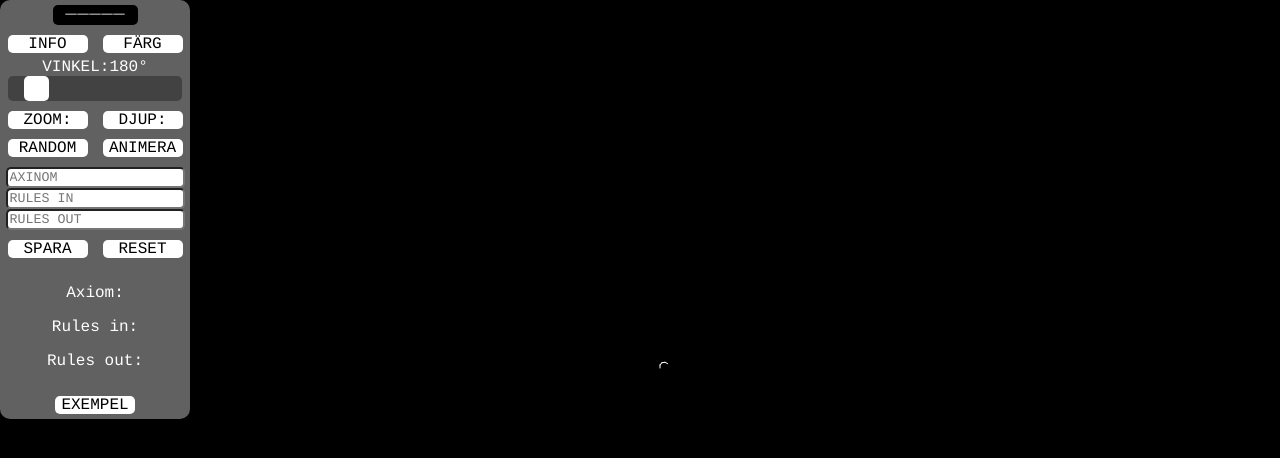
Repository: Gabrielw123/Fraktalgenerator
Page: fraktaler/test/index.html
An editor plug-in stored every save of this project. The page is shown before and after the next save, followed by the edit.
The browser window is 1280 px wide. The pictures show the whole page.
Some web libraries are served in a nearby version.

Above is the page before, as saved 2022-01-13 09:50:04.

After the next save:
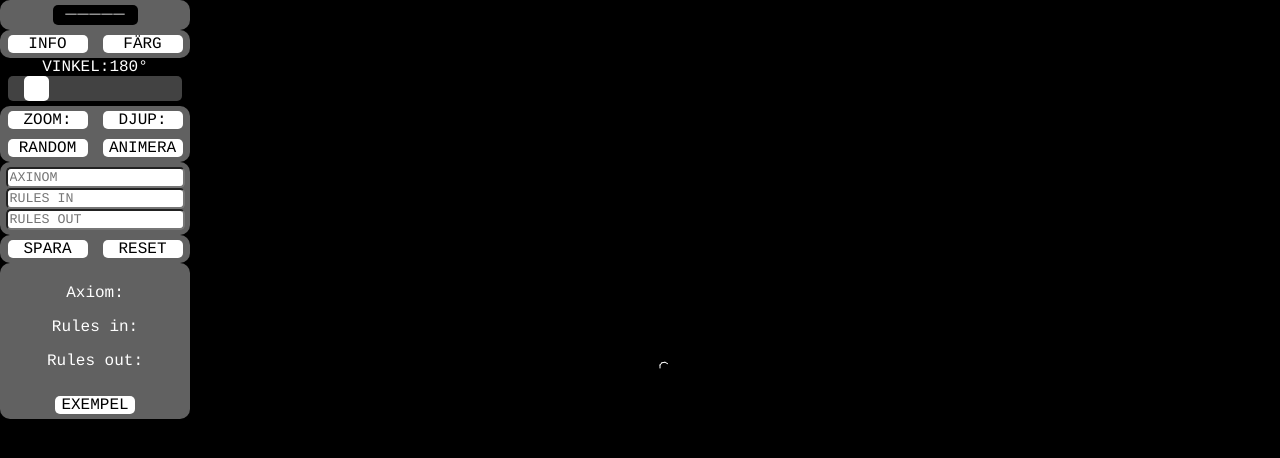
Saved 17 s later.
--- a/fraktaler/test/style.css
+++ b/fraktaler/test/style.css
@@ -5,6 +5,7 @@
   text-align: center;
 }
 
+radius = 10px;
 .menu {
   background: rgba(97, 97, 97, 1);
   width: 190px;

After the save that followed:
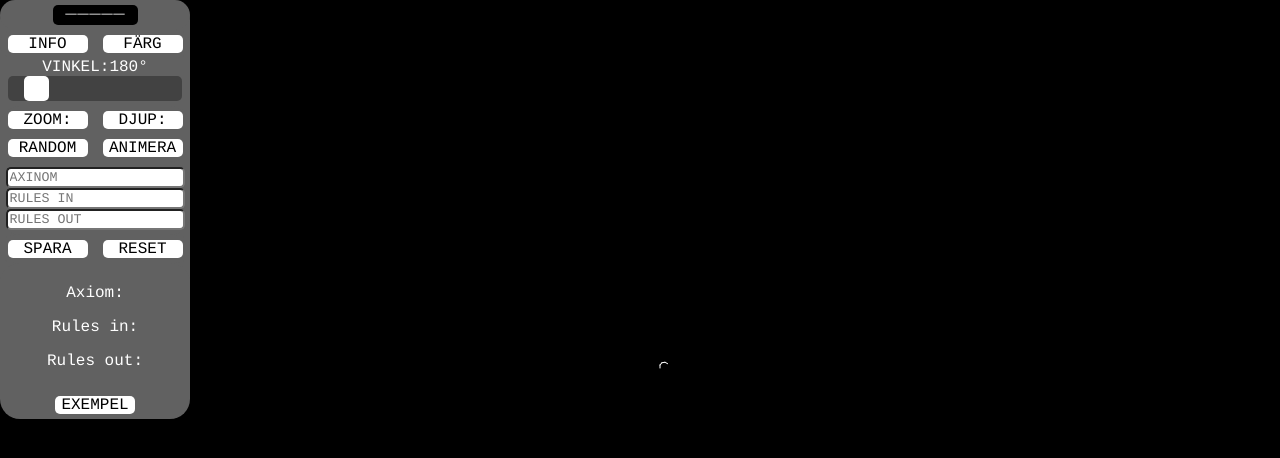
Saved 26 s later.
--- a/fraktaler/test/style.css
+++ b/fraktaler/test/style.css
@@ -5,7 +5,6 @@
   text-align: center;
 }
 
-radius = 10px;
 .menu {
   background: rgba(97, 97, 97, 1);
   width: 190px;
@@ -36,14 +35,14 @@
   right: 100%;
 }
 .grid-container {
-  border-radius: 10px;
+  border-radius: 20px;
   background: rgba(97, 97, 97, 1);
   display: grid;
   grid-template-columns: auto auto;
 }
 
 .grid-container1 {
-  border-radius: 10px;
+  border-radius: 20px;
   background: rgba(97, 97, 97, 1);
   display: grid;
   grid-template-columns: auto;
